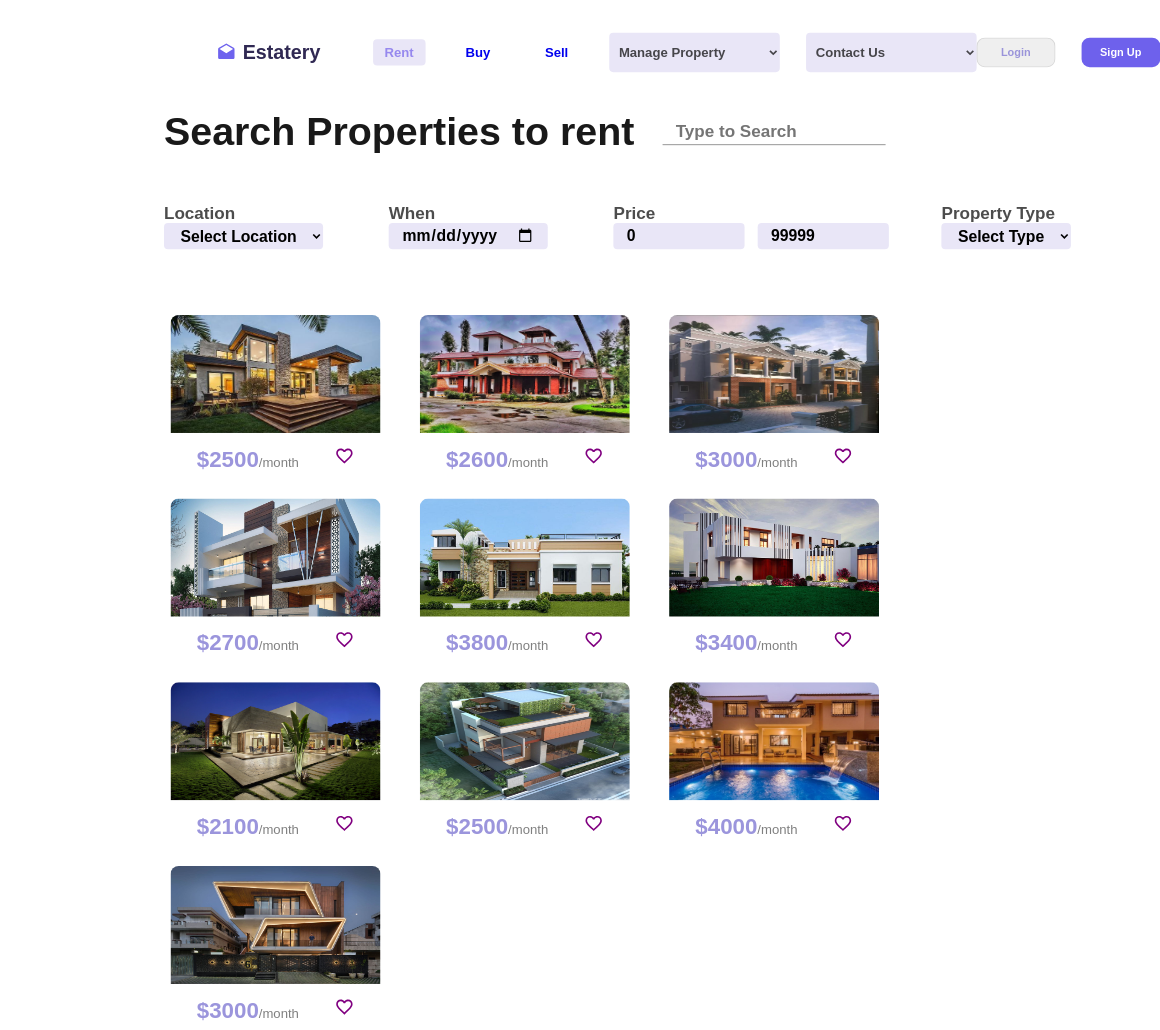
Repository: kapil4457/Reunion-Internship-Assignment
Page: /
An editor plug-in stored every save of this project. The page is shown before and after the next save, followed by the edit.
The browser window is 1280 px wide. The page is 1415 px wide, so the pictures cover 1415 px, including what lies to the right of the window. The pictures show the whole page, at 82% of full size.
The project was rebuilt for these pictures with package versions that can differ from the ones it lists, and the page was loaded fresh each time. Also part of the build but not shown: src/App.css.

Above is the page before, as saved 2022-10-07 18:31:23.

### public/index.html
<!DOCTYPE html>
<html lang="en">
  <head>
    <meta charset="utf-8" />
    <link rel="icon" href="%PUBLIC_URL%/favicon.ico" />
    <meta name="viewport" content="width=device-width, initial-scale=1" />
    <meta name="theme-color" content="#000000" />
    <meta
      name="description"
      content="Web site created using create-react-app"
    />
    <link href="https://fonts.googleapis.com/css2?family=Roboto:ital,wght@1,300&display=swap" rel="stylesheet">
    <link rel="apple-touch-icon" href="%PUBLIC_URL%/logo192.png" />
    <link rel="preconnect" href="https://fonts.googleapis.com">
    <link rel="preconnect" href="https://fonts.googleapis.com">
    <!--
      manifest.json provides metadata used when your web app is installed on a
      user's mobile device or desktop. See https://developers.google.com/web/fundamentals/web-app-manifest/
    -->
    <link rel="manifest" href="%PUBLIC_URL%/manifest.json" />
    <!--
      Notice the use of %PUBLIC_URL% in the tags above.
      It will be replaced with the URL of the `public` folder during the build.
      Only files inside the `public` folder can be referenced from the HTML.

      Unlike "/favicon.ico" or "favicon.ico", "%PUBLIC_URL%/favicon.ico" will
      work correctly both with client-side routing and a non-root public URL.
      Learn how to configure a non-root public URL by running `npm run build`.
    -->
    <title>React App</title>
  </head>
  <body>
    <noscript>You need to enable JavaScript to run this app.</noscript>
    <div id="root"></div>
    <!--
      This HTML file is a template.
      If you open it directly in the browser, you will see an empty page.

      You can add webfonts, meta tags, or analytics to this file.
      The build step will place the bundled scripts into the <body> tag.

      To begin the development, run `npm start` or `yarn start`.
      To create a production bundle, use `npm run build` or `yarn build`.
    -->
  </body>
</html>

### src/index.css
*{
  font-family: 'Poppins', sans-serif;
  font-weight:600;
}

/* Chrome, Safari, Edge, Opera */
input::-webkit-outer-spin-button,
input::-webkit-inner-spin-button {
  -webkit-appearance: none;
  margin: 0;
}

/* Firefox */
input[type=number] {
  -moz-appearance: textfield;
}

### src/App.js
import { Route, Routes } from 'react-router-dom';
import './App.css';
import Header from './components/Header/Header';
import Home from  './components/Home/Home'
import Rent from './components/Rent/Rent';

function App() {
  return (
    <>
    <Header />
    <Routes>
      <Route path='/' element={<Home/>}/>
      <Route path='/rent' element={<Rent/>}/>
    </Routes>
    </>
  );
}

export default App;

### src/components/Header/Header.jsx
import React from "react";
import DraftsIcon from "@mui/icons-material/Drafts";
import { NavLink } from "react-router-dom";
import "./Header.css";
const Header = () => {
  return (
    <>
      <div className="header">
        <div className="left">
          <div className="logo">
            <DraftsIcon />
            <span>Estatery</span>
          </div>
          <div className="categories">
            <NavLink
              to="/rent"
              className={({ isActive }) => (isActive ? "activeClass" : "")}
            >
              Rent
            </NavLink>
            <NavLink
              to="/buy"
              className={({ isActive }) => (isActive ? "activeClass" : "")}
            >
              Buy
            </NavLink>
            <NavLink
              to="/sell"
              className={({ isActive }) => (isActive ? "activeClass" : "")}
            >
              Sell
            </NavLink>
            <select name="" id="manage">
              <option value="Manage Property" hidden>
                Manage Property
              </option>
              <option value="Owned">Owned</option>
              <option value="BookMarked">BookMarked</option>
            </select>
            <select name="" id="resources">
              <option value="contact">Contact Us</option>
              <option value="FAQ">FAQ</option>
            </select>
          </div>
        </div>
        <div className="right">
          <button className="login">Login</button>
          <button className="sign-up">Sign Up</button>
        </div>
      </div>
    </>
  );
};

export default Header;

### src/components/Home/Home.jsx
import React, { useEffect } from "react";
import { useNavigate } from "react-router-dom";

const Home = () => {
  const navigate = useNavigate();
  useEffect(() => {
    navigate("/rent");
  });
  return <></>;
};

export default Home;

### src/components/Rent/Rent.jsx
import React, { useState } from "react";
import { home } from "../../home";
import RentCard from "../RentCard/RentCard";
import "./Rent.css";
const Rent = () => {
  const [location, setlocation] = useState("");
  const [rangeMin, setMinRange] = useState(0);
  const [rangeMax, setMaxRange] = useState(99999);
  const [type, setType] = useState("");
  const [date, setDate] = useState(new Date());
  const [typed, setTyped] = useState("");

  //date -> YY/MM/DD format
  const filtering = (val) => {
    var dateNow = new Date(val.moveIn);
    var date2 = new Date(date);

    if (
      (location === "" || location == val.state) &&
      (parseInt(rangeMax) > val.price || rangeMax == "") &&
      (parseInt(rangeMin) < val.price || rangeMin == "") &&
      type === "" &&
      date2 <= dateNow &&
      (typed === "" || val.state.includes(typed) || val.address.includes(typed))
    ) {
      console.log(date2, dateNow);
      return true;
    }
  };
  return (
    <>
      <div className="rent-main">
        <div className="first">
          <div className="heading">Search Properties to rent</div>
          <input
            className="search-bar"
            placeholder="Type to Search"
            value={typed}
            onChange={(e) => {
              setTyped(e.target.value);
            }}
          />
        </div>
        <div className="second">
          <div>
            <span>Location</span>
            <select
              name=""
              id=""
              onChange={(e) => {
                setlocation(e.target.value);
              }}
            >
              <option value="" hidden>
                Select Location
              </option>
              <option value="Bathinda">Bathinda</option>
              <option value="Nagpur">Nagpur</option>
              <option value="Lonavala">Lonavala</option>
              <option value="Chandigarh">Chandigarh</option>
              <option value="Pune">Pune</option>
              <option value="Shimla">Shimla</option>
              <option value="Kochi">Kochi</option>
              <option value="Banaras">Banaras</option>
              <option value="Banglore">Banglore</option>
              <option value="Aurangabad">Aurangabad</option>
            </select>
          </div>
          <div>
            <span>When</span>
            <input
              type="date"
              onChange={(e) => {
                setDate(e.target.value);
              }}
            />
          </div>
          <div>
            <span>Price</span>
            <div>
              {/* <input
                type="range"
                name=""
                className="price-range"
                max={10000}
                min={500}
                onChange={(e) => {
                  setRange(e.target.value);
                }}
              />
              <span>{range}</span> */}
              <input
                type="number"
                placeholder="Minimum"
                value={rangeMin}
                onChange={(e) => {
                  setMinRange(e.target.value);
                }}
              />
              <input
                type="number"
                placeholder="Maximum"
                value={rangeMax}
                onChange={(e) => {
                  setMaxRange(e.target.value);
                }}
              />
            </div>
          </div>
          <div>
            <span>Property Type</span>
            <select
              name=""
              id=""
              onChange={(e) => {
                setType(e.target.value);
              }}
            >
              <option value="" hidden>
                Select Type
              </option>
              <option value="">Villa</option>
              <option value="">Flats</option>
              <option value="">RowHouse</option>
            </select>
          </div>
        </div>
        <div className="rent-cards">
          {home.filter(filtering).map((item, idx) => (
            <RentCard data={item} key={idx} />
          ))}
        </div>
      </div>
    </>
  );
};

export default Rent;

### src/components/Header/Header.css

.header{
display:flex;
justify-content:space-between;
align-items:center;
padding:2rem 4rem;
}

.left{
    display:flex;
    align-items:center;
    gap:4rem;
}
.left > .logo{
    display:flex;
    align-items:center;
    gap:0.5rem;
    font-size:1.5rem;
    font-weight:650;
    color:rgb(48,41,83);
}

.left > .logo > svg{
    color:rgb(110,99,238);
}

.categories{
    display:flex;
    align-items:center;
    gap:2rem;
}

.categories > a{
    text-decoration:none;
    font-weight:550;
    height:2rem;
    display:flex;
    align-items:center;
    width:4rem;
    justify-content: center;
}

.activeClass{
    color:rgb(150, 136, 238);
    background-color: rgb(233,230,247);
    border-radius: 5px;
}

.categories > select{
    width:13rem;
    height:3rem;
    border:none;
    outline:none;
    color:rgba(0,0,0,0.7);
    font-weight:550;
    background-color:rgb(233,230,247);
    border-radius:5px;
    padding:0 0.5rem;
    font-size:1rem;
}

.categories > select > option{
    font-size:1rem;
    font-weight:550;

}
.right{
    display:flex;
    align-items:center;
    gap:2rem;

}

.right > button {
    width:6rem;
    height:2.3rem;
    border-radius:10px;
    outline:none;

}

.login{
border:1px solid rgba(0,0,0,0.1);
color:rgb(154, 148, 218);
font-weight:650;
cursor:pointer;
}

.sign-up
{
    background-color:rgb(110,97,236);
    color:white;
    cursor:pointer;
    border:none;
}

### src/home.js
export const home = [

        {
            state:"Nagpur",
            price:2500,
            address:" Lorem ipsum dolor sit amet consectetur adipisicing elit. Quis",
            bedCount:2,
            bathCount:2,
            area:"8x10",
            image:"h1.jpg",
            moveIn:new Date(2022,10,20),
            type:"Villa"

        },
        {
            state:"Lonavala",
            price:2600,
            address:" Lorem ipsum dolor sit amet consectetur adipisicing elit. Quis",
            bedCount:2,
            bathCount:2,
            area:"8x12",
            image:"h2.jpg",
            moveIn:new Date(2022,11,20),
            type:"Flats"



        },     {
            state:"Bathinda",
            price:3000,
            address:" Lorem ipsum dolor sit amet consectetur adipisicing elit. Quis",
            bedCount:3,
            bathCount:2,
            area:"10x12",
            image:"h3.jpg",
            moveIn:new Date(2022,11,12),
            type:"RowHouse"



        },     {
            state:"Chandigarh",
            price:2700,
            address:" Lorem ipsum dolor sit amet consectetur adipisicing elit. Quis",
            bedCount:2,
            bathCount:2,
            area:"10x10",
            image:"h4.jpg",
            moveIn:new Date(2023,1,20),
            type:"Villa"



        },     {
            state:"Pune",
            price:3800,
            address:" Lorem ipsum dolor sit amet consectetur adipisicing elit. Quis",
            bedCount:3,
            bathCount:3,
            area:"8x10",
            image:"h5.jpg",
            moveIn:new Date(2023,1,10),
            type:"Flats"


        },     {
            state:"Shimla",
            price:3400,
            address:" Lorem ipsum dolor sit amet consectetur adipisicing elit. Quis",
            bedCount:3,
            bathCount:2,
            area:"12x10",
            image:"h6.jpg",
            moveIn:new Date(2023,2,15),
            type:"RowHouse"



        },     {
            state:"Kochi",
            price:2100,
            address:" Lorem ipsum dolor sit amet consectetur adipisicing elit. Quis",
            bedCount:2,
            bathCount:2,
            area:"9x10",
            image:"h7.jpg",
            moveIn:new Date(2023 , 2 ,15),
            type:"Villa"


        },     {
            state:"Banaras",
            price:2500,
            address:" Lorem ipsum dolor sit amet consectetur adipisicing elit. Quis",
            bedCount:2,
            bathCount:2,
            area:"8x10",
            image:"h8.jpg",
            moveIn:new Date(2023 , 3 ,19),
            type:"Flats"



        },     {
            state:"Banglore",
            price:4000,
            address:" Lorem ipsum dolor sit amet consectetur adipisicing elit. Quis",
            bedCount:3,
            bathCount:2,
            area:"10x14",
            image:"h9.jpg",
            moveIn:new Date(2023 , 5 , 19),
            type:"RowHouse"



        },     {
            state:"Aurangabad",
            price:3000,
            address:" Lorem ipsum dolor sit amet consectetur adipisicing elit. Quis",
            bedCount:2,
            bathCount:2,
            area:"8x10",
            image:"h10.jpg",
            moveIn:new Date(2023 , 6 , 6),
            type:"Villa"



        },

]

### src/components/RentCard/RentCard.jsx
import React from "react";
import "./RentCard.css";
import FavoriteBorderIcon from "@mui/icons-material/FavoriteBorder";
const RentCard = ({ data }) => {
  console.log(data);
  return (
    <div className="rent-card-main">
      <div className="main-image">
        <img src={`${data.image}`} alt="" />
      </div>
      <div className="rent-card-info">
        <div className="rent-card-price">
          <div>
            <span>${data.price}</span>/month
          </div>
          <FavoriteBorderIcon />
        </div>
      </div>
    </div>
  );
};

export default RentCard;

### src/components/Rent/Rent.css
body{

    padding:0 12rem;
}

.first{
    display:flex;
    height:5rem;
    justify-content: space-between;
    align-items:center;
    margin-bottom:3rem;
}

.first > .heading{
    font-size:3rem;
    font-weight:650;
    color:rgba(0,0,0,0.9);
}

.first > .search-bar{
    width:15rem;
    padding:0 1rem;
    border:none;
    border-bottom:1px solid gray;
    outline:none;
    height:2rem;
    font-size:1.3rem;
}
.second > div >select {
    font-size:1.2rem;
    height:2rem;
    padding:0 1rem;
    border-radius:5px;
    border:none;
    outline:none;
    background-color:rgb(233,230,247);
}
.second > div >input  , .second > div >div>input {
    font-size:1.2rem;
    height:2rem;
    border-radius:5px;
    border:none;
    outline:none;
    padding:0 1rem;

    background-color:rgb(233,230,247);
}

.second > div >div{
display:flex;
gap:1rem;

}
.second > div >div>input{
width:8rem;

}
.second{
    display: flex;
    gap:5rem;
}
.second>div{
    display:flex;
    flex-direction: column;
    width:20rem;
}

.second >div>span{
    color:rgba(0,0,0,0.7);
    font-size:1.3rem;
    font-weight:550;
}


.rent-cards{
    display:grid;
    grid-template-columns: 1fr 1fr 1fr;
    margin-top:5rem;
    place-items:center;
    gap:2rem;
    border-radius:10px;
}

### src/components/RentCard/RentCard.css

.main-image{
    width:20vw;
    border-radius:10px 10px 0 0;
    height:20vh;
}
.rent-card-info{
    padding:1rem 2rem 0 2rem;

}

.main-image > img{
    border-radius:10px 10px 0 0;
width:100%;
height:100%;
}

.rent-card-price{
    display:flex;
    justify-content:space-between;

}
.rent-card-price >div{
    color:gray;
    font-weight: 500;
}
.rent-card-price > svg{
    color:purple;
}

.rent-card-price >div > span{
    font-size:1.7rem;
    font-weight:600;
    color:rgb(155,149,220);
}

Loaded but not shown: src/index.js (common file); src/reportWebVitals.js (common file)

After the next save:
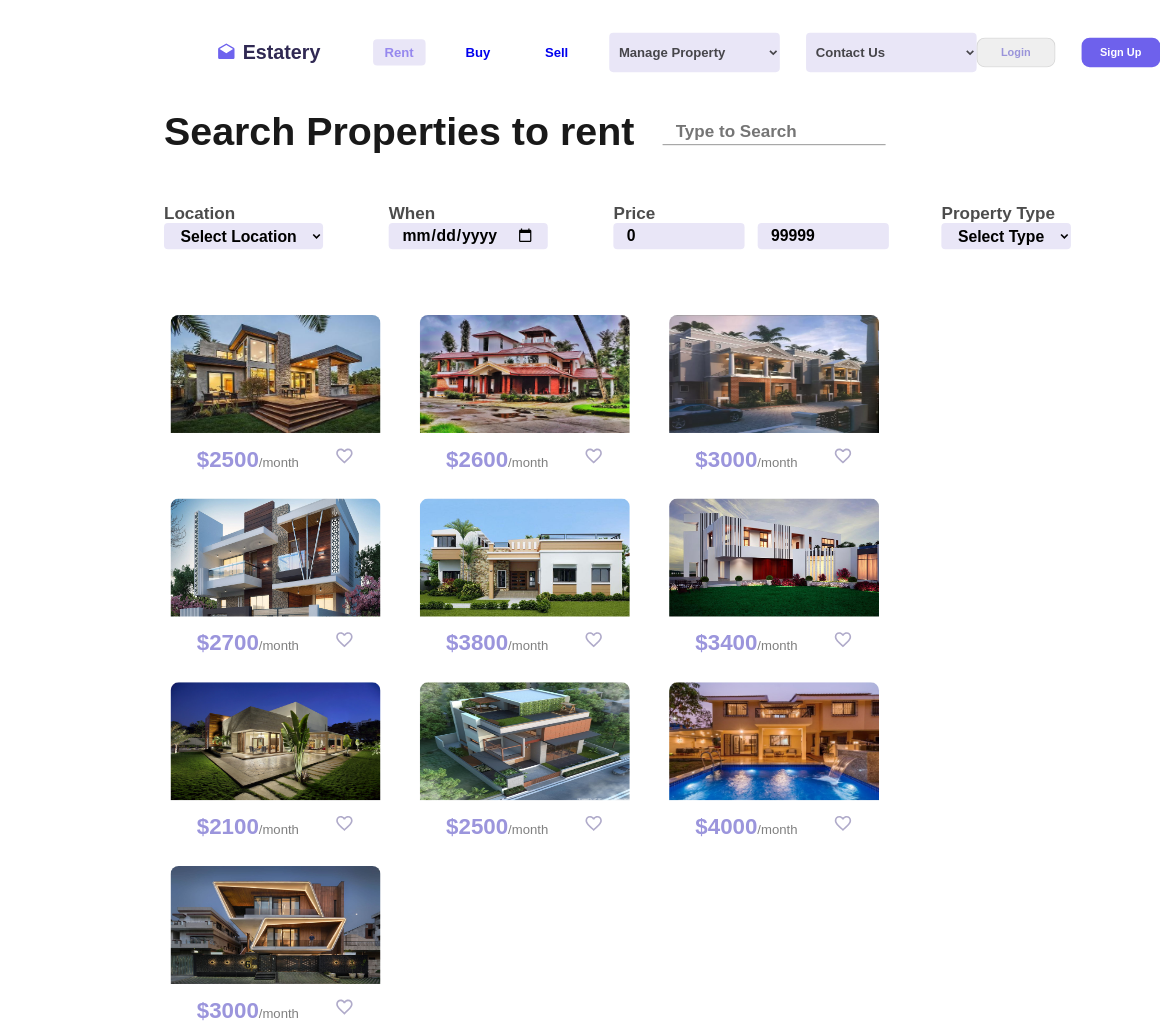
Saved 24 s later.
--- a/src/components/RentCard/RentCard.css
+++ b/src/components/RentCard/RentCard.css
@@ -25,7 +25,7 @@ height:100%;
     font-weight: 500;
 }
 .rent-card-price > svg{
-    color:purple;
+    color:rgb(176,171,202);
 }
 
 .rent-card-price >div > span{
